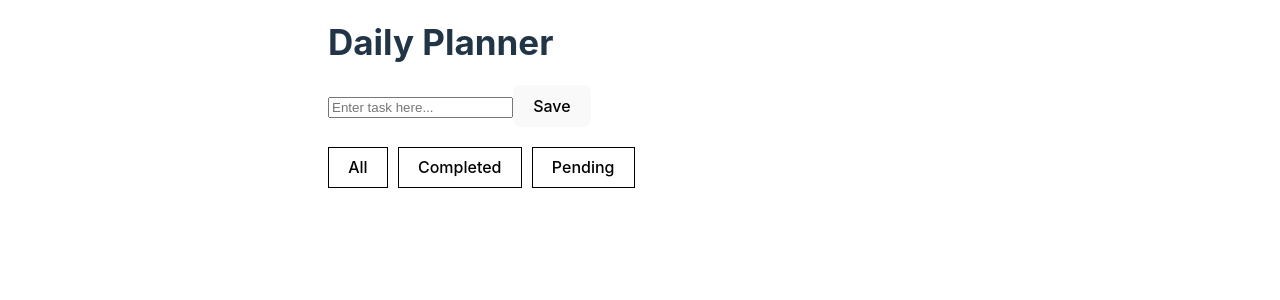
Repository: leslie179/lab4
Page: / (app in lab4/)
An editor plug-in stored every save of this project. The page is shown before and after a run of saves, followed by the edit.
The browser window is 1280 px wide. The pictures show the whole page.
The project was rebuilt for these pictures with package versions that can differ from the ones it lists, and the page was loaded fresh each time. Also part of the build but not shown: lab4/vite.config.js, lab4/src/components/Task.jsx.

Above is the page before, as saved 2024-10-27 18:21:06.

After the next 2 saves:
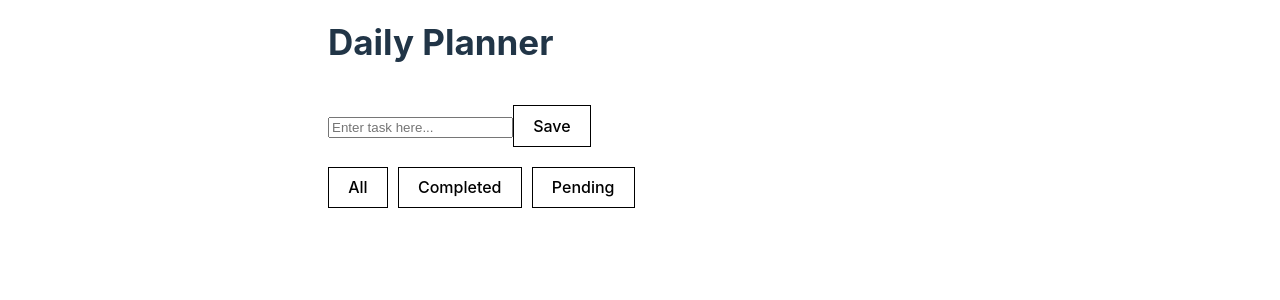
The 2 saves are shown as one change because they came seconds apart.
The last was saved 2 min 27 s later.
--- a/lab4/src/components/TaskForm.jsx
+++ b/lab4/src/components/TaskForm.jsx
@@ -15,7 +15,7 @@
     // everytime the input text changes update the state with the value of the text input
     return <div>
         <input type="text" onChange={(e) => setCurrentTask(e.target.value)} placeholder="Enter task here..."/>
-        <button onClick={() => save()}>Save</button>
+        <button className="filter-button" onClick={() => save()}>Save</button>
     </div>
 }
 

After the save that followed:
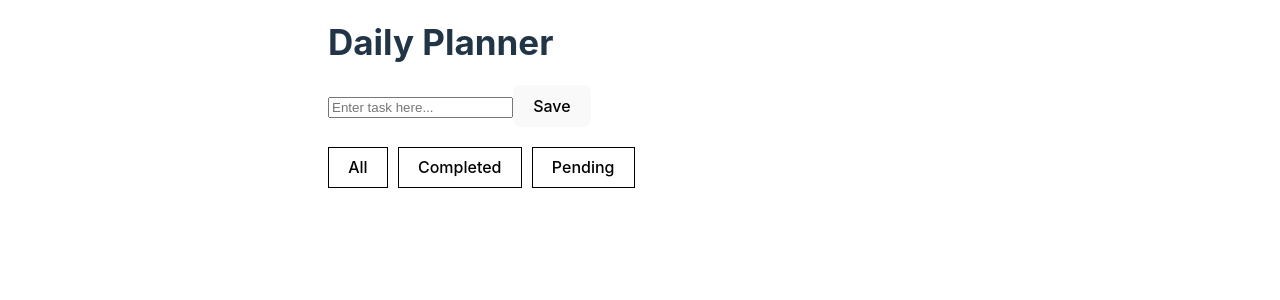
Saved 4 s later.
--- a/lab4/src/components/TaskForm.jsx
+++ b/lab4/src/components/TaskForm.jsx
@@ -15,7 +15,7 @@
     // everytime the input text changes update the state with the value of the text input
     return <div>
         <input type="text" onChange={(e) => setCurrentTask(e.target.value)} placeholder="Enter task here..."/>
-        <button className="filter-button" onClick={() => save()}>Save</button>
+        <button className="save" onClick={() => save()}>Save</button>
     </div>
 }
 
